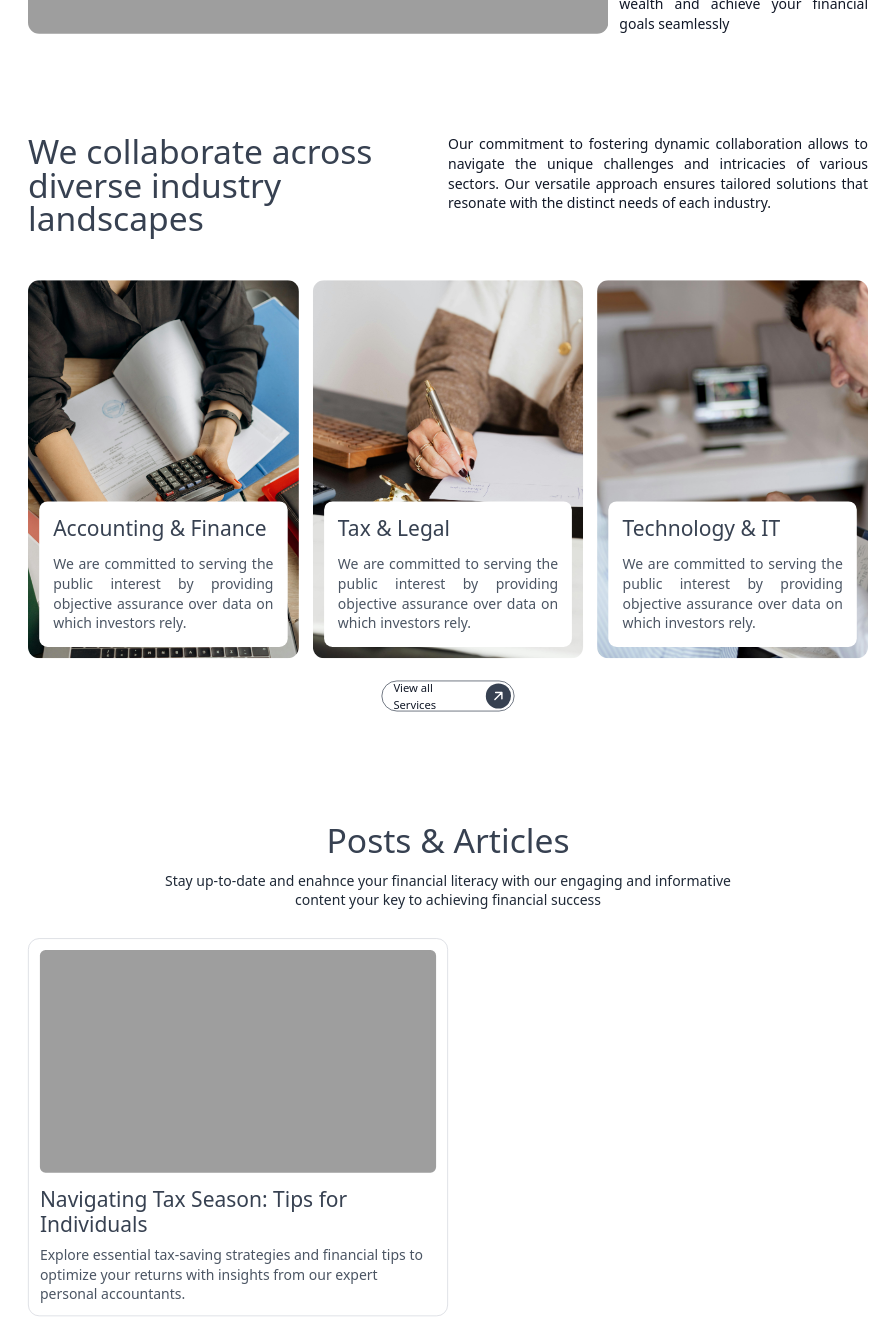
Repository: vespersolutionspk18/integrast-website
Page: /
An editor plug-in stored every save of this project. The page is shown before and after the next save, followed by the edit.
The browser window is 1280 px wide. The pictures show the part of the page from y = 746 to 2666 px (the page is 2666 px tall), at 70% of full size.
Pictures or frames that could not be fetched are drawn as grey boxes. The project was rebuilt for these pictures with package versions that can differ from the ones it lists, and the page was loaded fresh each time. The framework's server and built-in components were replaced by stand-ins that run in the browser. Also part of the build but not shown: next.config.ts.

Above is the page before, as saved 2024-12-09 17:03:05.

After the next save:
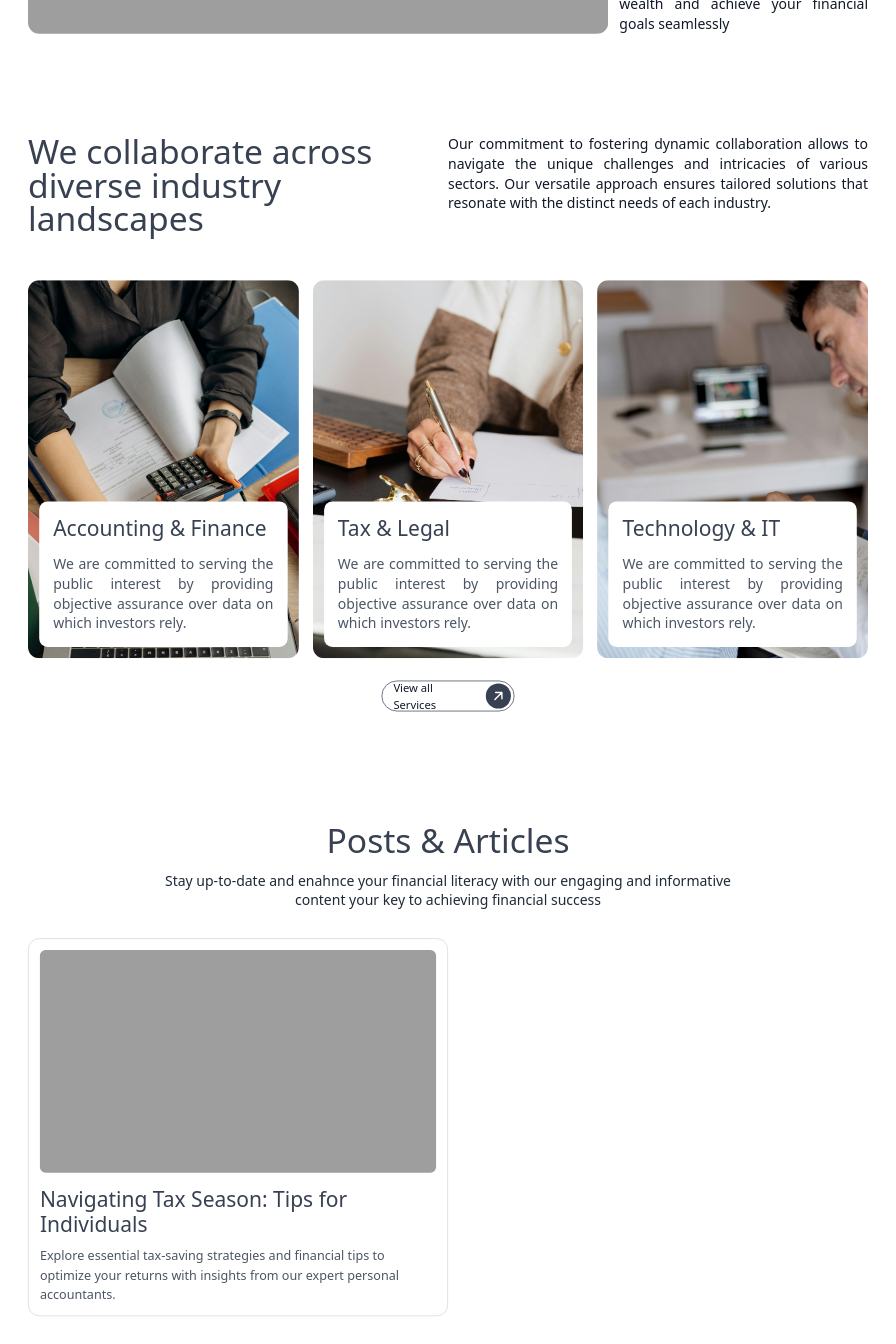
Saved 6 s later.
--- a/app/Postsart.tsx
+++ b/app/Postsart.tsx
@@ -9,7 +9,7 @@ const Postsart = () => {
             <div className="flex flex-col rounded-2xl w-1/2 h-[540px] border-[1px] p-4 border-gray-300">
             <div className="w-full h-[340px] rounded-[8px] bg-cover bg-center" style={{backgroundImage: `url('/assets/heroimage3.jpg')`}}></div>
             <h5 className="font-sans font-light text-3xl mt-5 text-gray-700">Navigating Tax Season: Tips for Individuals</h5>
-            <p className="font-sans font-light text-gray-600 text-xl mt-3">Explore essential tax-saving strategies and financial tips to optimize your returns with insights from our expert personal accountants.</p>
+            <p className="font-sans font-light text-gray-600 text-lg mt-3">Explore essential tax-saving strategies and financial tips to optimize your returns with insights from our expert personal accountants.</p>
             </div>
         </div>
     </div>
